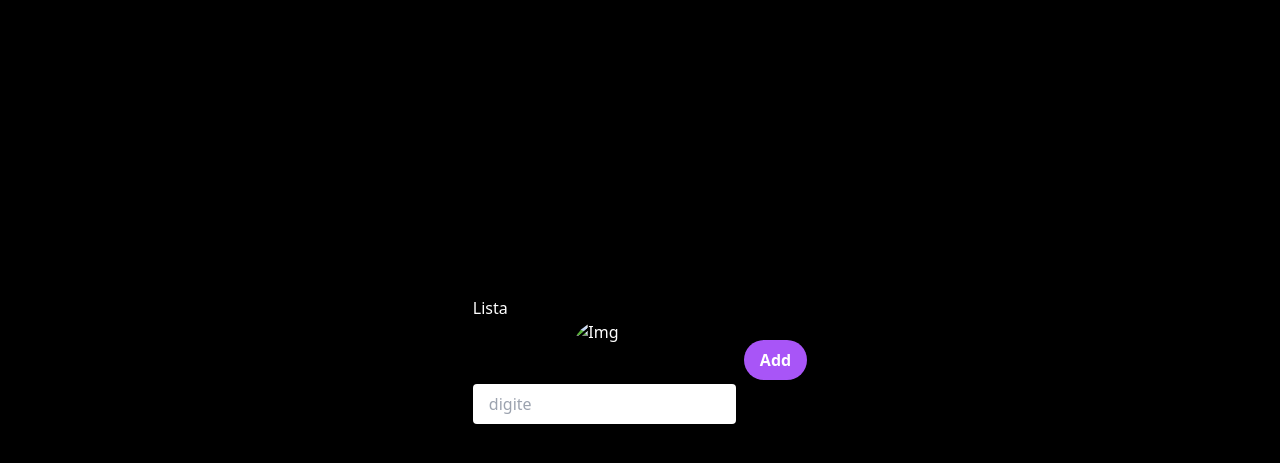
Repository: LuisSempre/FundamentosReact
Page: /
The author's editor kept a copy of each file at every save. The page is drawn from the files as they stood at one save, then again after the next save.
The browser window is 1280 px wide. The pictures show the whole page.
The page's requests for data from a server got no answer. The project was rebuilt for these pictures with package versions that can differ from the ones it lists, and the page was loaded fresh each time. No one was signed in, and anything a server would have sent is missing. Also part of the build but not shown: vite.config.js, src/components/Card.tsx.

Above is the page before, as saved 2022-06-28 20:16:31.

### src/main.jsx
import React from 'react'
import ReactDOM from 'react-dom/client'
import { Home } from './pages/Home'
import './index.css'

ReactDOM.createRoot(document.getElementById('root')).render(
  <React.StrictMode>
    <Home />
  </React.StrictMode>
)

### src/pages/Home.jsx
import { useState, useEffect } from "react";
import { Card } from "../components/Card";

export function Home() {
  const [student, setStudent] = useState("Student");
  const [students, setStudents] = useState([]);
  const [user, setUser] = useState({ name: '', avatar: ''})

  function studentAdd() {
    const newStudent = {
      name: student,
      time: new Date().toLocaleDateString("pt-br", {
        hour: "2-digit",
        minute: "2-digit",
        second: "2-digit",
      }),
    };
    setStudents((prevState) => [...prevState, newStudent]);
  }

  useEffect(() => {
    async function fetchData() {
    const response = await fetch('https://api.github.com/users/luissempre')
    const data = await response.json()
        setUser({
          name: data.name,
          avatar: data.avatar_url
        })
    }
    fetchData()
  }, [])
  return (
    <div className="flex items-center justify-center min-h-screen space-x-2">
      <div>
        <h1>Lista</h1>
        <div className="flex items-center justify-center">
          <strong>{user.name}</strong>
          <img className="w-16 h-16 rounded-full" src={user.avatar} alt="Img" />
        </div>
        <input
          onChange={(e) => setStudent(e.target.value)}
          className="px-4 py-2 text-black bg-white rounded"
          type="text"
          placeholder="digite"
        />
      </div>
      <div className="space-y-4">
        <button
        className="px-4 py-2 font-bold bg-purple-500 rounded-full"
        onClick={studentAdd}>Add</button>
        {students.map((student) => (
          <Card
            key={student.time}
            name={student.name}
            time={student.time}
          />
        ))}
      </div>
    </div>
  );
}

### src/index.css
@tailwind base;
@tailwind components;
@tailwind utilities;

* {
    @apply bg-black text-white;
}

Loaded but not shown: index.html (common file); tailwind.config.js (common file)

After the next save:
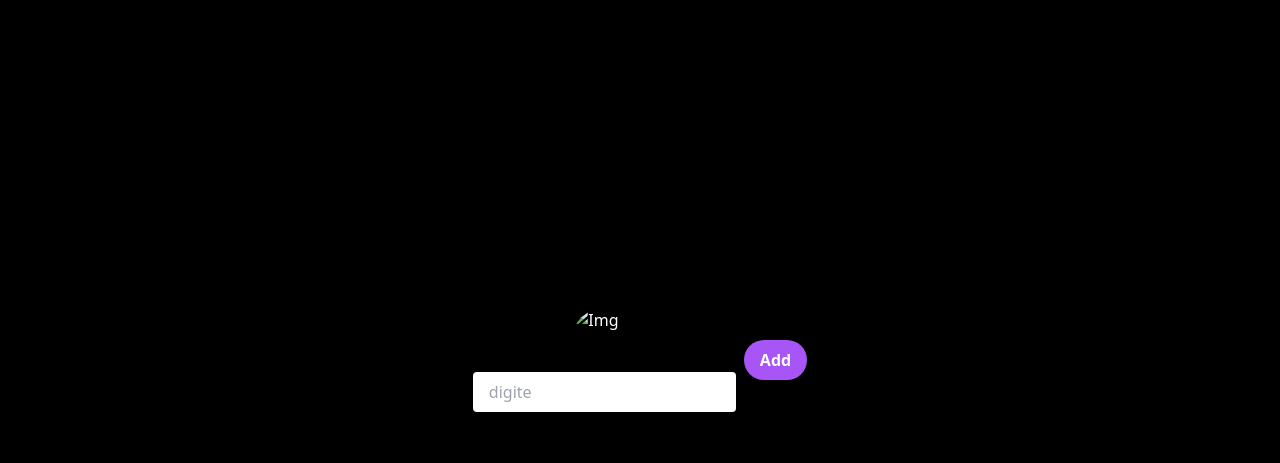
Saved 86 s later.
--- a/src/pages/Home.jsx
+++ b/src/pages/Home.jsx
@@ -32,7 +32,6 @@ export function Home() {
   return (
     <div className="flex items-center justify-center min-h-screen space-x-2">
       <div>
-        <h1>Lista</h1>
         <div className="flex items-center justify-center">
           <strong>{user.name}</strong>
           <img className="w-16 h-16 rounded-full" src={user.avatar} alt="Img" />
